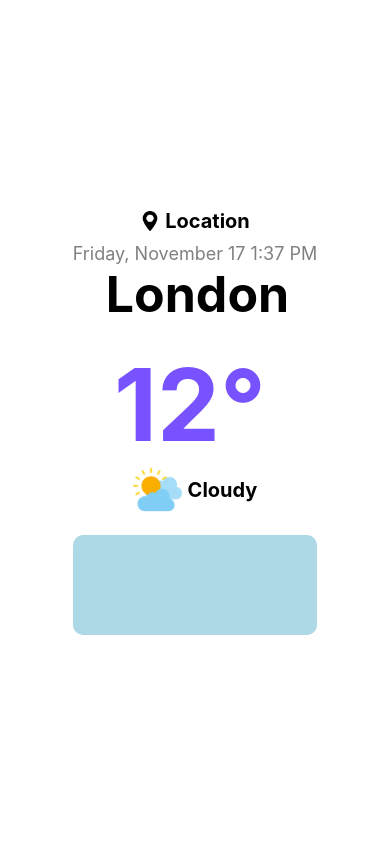
Repository: praveen080/react-native-weatherAppV1
Screen: /
These files come from the project's save history. The screen is drawn as it stood at one moment and after a run of saves; the edit follows.
The app was drawn by React Native's web renderer in a window 390 px wide. The project was rebuilt for these pictures with package versions that can differ from the ones it lists, and the page was loaded fresh each time. Also part of the build but not shown: Screens/startUp.js.

Above is the screen before, as saved 2023-11-17 13:37:38.

After the next 2 saves:
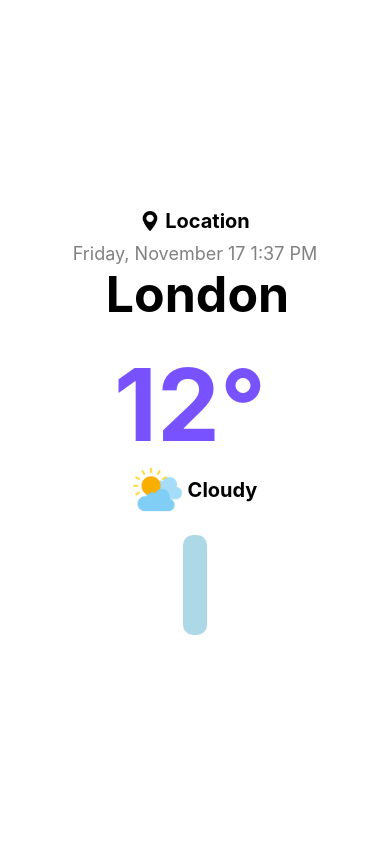
The 2 saves are shown as one change because they came seconds apart.
The last was saved 10 s later.
--- a/Screens/Home.js
+++ b/Screens/Home.js
@@ -105,7 +105,7 @@ export const styles = StyleSheet.create({
     marginTop: 20,
   },
   card: {
-    width: "100%",
+    width: "10%",
     height: 100,
     borderRadius: 10,
     backgroundColor: "lightblue",
